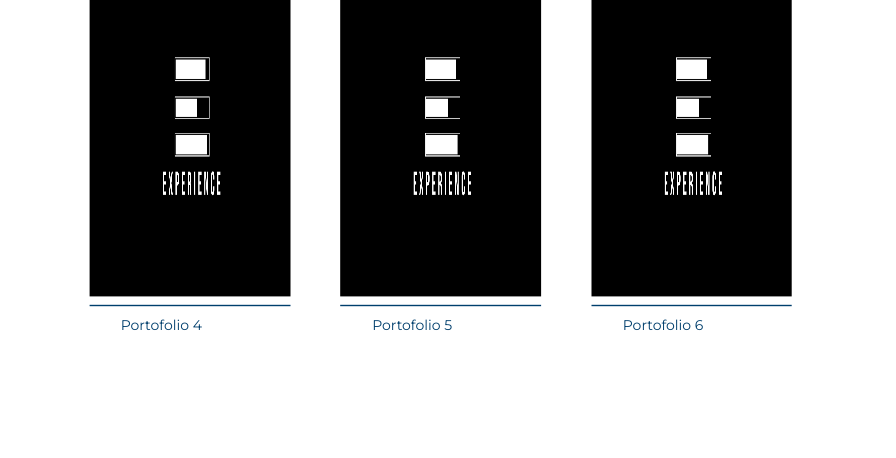
Repository: Ryuzuky07/expweb_movie
Page: HTML/movie1.html
An editor plug-in stored every save of this project. The page is shown before and after the next save, followed by the edit.
The browser window is 1280 px wide. The pictures show the part of the page from y = 1598 to 3518 px (the page is 2252 px tall before and 3518 px after), at 70% of full size.
Some web libraries are served in a nearby version.

Above is the page before, as saved 2021-11-26 11:52:55.
Console error: TypeError: Cannot read properties of undefined (reading 'style')

### HTML/movie1.html
<!DOCTYPE html>
<html lang="en">
<head>
    <meta charset="UTF-8">
    <meta http-equiv="X-UA-Compatible" content="IE=edge">
    <meta name="viewport" content="width=device-width, initial-scale=1.0">
    <link rel="stylesheet" href="/CSS/movie.css">
    <link rel="preconnect" href="https://fonts.googleapis.com">
    <link rel="preconnect" href="https://fonts.gstatic.com" crossorigin>
    <link href="https://fonts.googleapis.com/css2?family=Montserrat&display=swap" rel="stylesheet">
    <link rel="stylesheet" href="https://cdnjs.cloudflare.com/ajax/libs/font-awesome/4.7.0/css/font-awesome.min.css">
    <script src="https://kit.fontawesome.com/d6e78495c8.js" crossorigin="anonymous"></script>
    <script src="https://ajax.googleapis.com/ajax/libs/jquery/3.5.1/jquery.min.js"></script>
    <title>Document</title>

</head>
<body>
        <nav class="navbar fixed-top">

            <div class="logo">
                <img class="logo" src="/IMG/blackLogoexp.png" alt="">
            </div>
            <div class="inner-main-nav">
                <ul>
                    <li><a href="">Movies</a></li>
                    <li><a href="">Tv-Series</a></li>
                    <li><a href="">Genre</a></li>
                    <li>
                    <div class="toggle">
                        <div class="circle"></div>
                        <div class="toggle-moon"><i class="fas fa-moon"></i></div> <!--Icon bulan-->
                        <div class="toggle-sun"><i class="fas fa-sun"></i></div> <!--Icon matahari-->
                    </div>
                </li>
                <br><br>
                <h4>MASIH TAHAP ROMBAK!</h4>
                    <li>
                        <div class="search">
                            <div class="icon"></div>
                            <div class="input">
                                <input type="text" placeholder="search" id="search">
                                <span class="clear"></span>
                            </div>
                        </div>
                    </li>

                </ul>
            </div>
        </nav>

        <section id="carousel">

            <!-- carousel -->
           <div class="img-slider">
               <div class="slide">
                   <img src="https://i.ytimg.com/vi/mjCwJz5DiWQ/maxresdefault.jpg" alt="">
                   <div class="info">
                       <h2>slide 1</h2>
                       <p>Lorem ipsum dolor, sit amet consectetur adipisicing elit. Animi velit pariatur, maiores, ipsam non consequatur quam illum, eius commodi voluptatum debitis. Adipisci voluptates molestias eligendi est beatae illo laborum veritatis?</p>
                   </div>
               </div>
               <div class="slide">
                <img src="https://i.ytimg.com/vi/mjCwJz5DiWQ/maxresdefault.jpg" alt="">
                <div class="info">
                    <h2>slide 2</h2>
                    <p>Lorem ipsum dolor, sit amet consectetur adipisicing elit. Animi velit pariatur, maiores, ipsam non consequatur quam illum, eius commodi voluptatum debitis. Adipisci voluptates molestias eligendi est beatae illo laborum veritatis?</p>
                </div>
            </div>
            <div class="slide">
                <img src="https://i.ytimg.com/vi/mjCwJz5DiWQ/maxresdefault.jpg" alt="">
                <div class="info">
                    <h2>slide 3</h2>
                    <p>Lorem ipsum dolor, sit amet consectetur adipisicing elit. Animi velit pariatur, maiores, ipsam non consequatur quam illum, eius commodi voluptatum debitis. Adipisci voluptates molestias eligendi est beatae illo laborum veritatis?</p>
                </div>
            </div>
           </div>
    </section>

        <div class="container">
            <h2 class="movie">MOVIES LIST</h2>
            <div class="garis"></div>

            <section >
                <div class="porto">
                  <div class="folio"><img src="/IMG/explogo.jpg" alt=""><p>Portofolio 1</p></div>
                  <div class="folio"><img src="/IMG/explogo.jpg" alt=""><p>Portofolio 2</p></div>
                  <div class="folio"><img src="/IMG/explogo.jpg" alt=""><p>Portofolio 3</p></div>
                </div>
                <div class="porto">
                  <div class="folio"><img src="/IMG/explogo.jpg" alt=""><p>Portofolio 4</p></div>
                  <div class="folio"><img src="/IMG/explogo.jpg" alt=""><p>Portofolio 5</p></div>
                  <div class="folio"><img src="/IMG/explogo.jpg" alt=""><p>Portofolio 6</p></div>
                </div>
              </section>
        </div>




    <script src="/JS/darkmode.js"></script>
    <script src="/JS/carousel.js"></script>
    <script src="/JS/search.js"></script>
</body>
</html>

### CSS/movie.css


/* Body */

* {
    margin: 0;
    padding: 0;
    font-family: 'Montserrat', sans-serif;
}
body{
   line-height: 1.8;
   min-height: 100vh;
}

/* Navbar */
.navbar{
   background-color: white;
   padding: 1% 0 0;
   box-shadow: 0 0 5px;

}
.inner-main-nav{
   max-width: 100%;
   margin: auto;
}
.inner-main-nav ul{
   text-align: right;
   margin: 0 5%;
   padding: 1.5% 0;
}
.inner-main-nav ul li{
   float: none;
   display: inline-block;
}
.inner-main-nav ul li a {
   margin: 0 60px;
   text-decoration: none;
   color: black;
   font-size: 20px;
   font-weight: bold;
}
.inner-main-nav ul li:nth-child(1), .inner-main-nav ul li:nth-child(2){
float: left;
}
.inner-main-nav ul li:nth-child(5){
    margin-right: 100%;
}
.logo{
   width: 30%;
   height: 40%;
   position: absolute;
   left: 35%;
}


/* toggle */
html {
   transition: 0.4s;
}

.dark-mode {
   background-color: black;
   color: white;
}

.toggle {
   width: 45px;
   height: 25px;
   border-radius: 30px;
   font-size: 16px;
   display: flex;
   text-align: center;
   align-items: center;
   cursor: pointer;
   background: black;
   color: white;
}

.circle {
   width: 20px;
   height: 20px;
   transform: translateX(2px);
   border-radius: 30px;
   transition: 0.4s;
   position: absolute;
   background: white;
}

.dark-mode .circle {
   transform: translateX(23px)
}

.toggle-moon, .toggle-sun {
   width: 50%;
}
.dark-mode .circle {
    transform: translateX(23px)
}


/* search animation */
.search {
   position: relative;
   width: 30px;
   height: 30px;
   margin-left: 50px;
   margin-right: 50px;
   background: white;
   border-radius: 60px;
   transition: 0.5s;
   box-shadow: 0 0 0 5px black;
   overflow: hidden;
}
.search.active{
   width: 360px;

}
.search .input{
   position: relative;
   width: 300px;
   height: 60px;
   left: 50px;
   display: flex;
   justify-content: center;
   align-items: center;
}
.search .input input{
   position: absolute;
   top: 0;
   width: 100%;
   height: 6%;
   border: none;
   outline: none;
   font-size: 18px;
   padding: 15px 0;
}
.search .icon {
   position: absolute;
   width: 30px;
   height: 30px;
   background: white;
   border-radius: 60px;
   display: flex;
   justify-content: center;
   align-items: center;
   z-index: 1000;
}
.search .icon::before {
   content: '';
   position: absolute;
   width: 12px;
   height: 12px;
   border: 2px solid black;
   border-radius: 50%;
   transform: translate(-2px, -2px);

}
.search .icon::after {
   content: '';
   position: absolute;
   height: 6px;
   border: 2px solid black;
   transform: translate(6px, 6px) rotate(315deg);
}
.clear{
position: absolute;
top: 26%;
transform: translateY(-50%);
width: 15px;
height: 15px;
right: 1px;
cursor: pointer;
display: flex;
justify-content: center;
align-items: center;
}
.clear::before{
   position: absolute;
   content: "";
   width: 1px;
   height: 10px;
   background: grey;
   transform: rotate(45deg);
}
.clear::after{
   position: absolute;
   content: "";
   width: 1px;
   height: 10px;
   background: grey;
   transform: rotate(315deg);
}



/* carousel */
#carousel{
   justify-content: center;
   align-items: center;
   display: flex;
}
.img-slider{
   position: relative;
   width: 100%;
   height: 500px;

}
.img-slider .slide{
   z-index: 1;
   position: absolute;
   width: 100%;
}
.img-slider .slide img{
   z-index: 1;
   width: 100%;
   height: 80vh;
   border-radius: 5px;
}
.img-slider .slide .info {
   position: absolute;
   bottom: 0;
   padding: 15px 30px;
}
.img-slider .slide .info h2{
   color: white;
   font-size: 45px;
   text-transform: uppercase;
   font-weight: 800;
   letter-spacing: 2px;
}
.img-slider .slide .info p{
   color: white;
   background-color: rgba(0, 0, 0, 0.1);
   font-size: 16px;
   width: 60%;
   padding: 10px;
   border-radius: 4px;
}









/* MOVIE */
.garis{
   border-bottom: 2px solid;
   width: 80px;
}
.container ,.movie  .garis{
    margin: 10%;
}
.porto{
    max-height: 100%;
    display: flex;
    margin-top: 3%;

}
.folio:hover{
    box-shadow:  5px 10px 8px 10px #888888;
}
.porto .folio{
    min-width: 20%;
    height: 500px;
    text-align: center;
    background-color: transparent;
    margin-right: 15%;
    margin-bottom: 10%;
    transition: 0.5s;
    justify-items: center;
}
.porto .folio > img{
    width: 140%;
    height: 500px;
    padding-bottom: 12px;
    border-bottom: 2px solid #003F6D;
}
.porto .folio p {
    text-align: left ;
    color: #003F6D;
    font-family: 'Montserrat', sans-serif;
    font-size: 20px;
    margin-bottom: 50%;
}

### JS/darkmode.js
var html = $("html")

$(function darkmode() {
    $(".toggle").click(function() {
        if (html.hasClass("dark-mode")) {
            html.removeClass("dark-mode");
            localStorage.setItem("dark-mode", false);
        }

        else {
            html.addClass("dark-mode");
            localSotrage.setItem("dark-mode", true);
        }
    })
})



if (localStorage.getItem("dark-mode") == "true") {
	$(" html").addClass("dark-mode");
}

var slideIndex = 1;
showSlides(slideIndex);

function plusSlides(n) {
  showSlides(slideIndex += n);
}

function currentSlide(n) {
  showSlides(slideIndex = n);
}

function showSlides(n) {
  var i;
  var slides = document.getElementsByClassName("slidepicture");
  var dots = document.getElementsByClassName("dot");
  if (n > slides.length) {slideIndex = 1}
  if (n < 1) {slideIndex = slides.length}
  for (i = 0; i < slides.length; i++) {
      slides[i].style.display = "none";
  }
  for (i = 0; i < dots.length; i++) {
      dots[i].className = dots[i].className.replace(" active", "");

  }
  slides[slideIndex-1].style.display = "block";
  dots[slideIndex-1].className += " active";

}

### JS/carousel.js
var couter = 1;
setInterval(function() {
  document.getElementById('radio' + couter).checked = true;
  couter++;
  if(couter > 3) {
    couter = 1;
  }
}, 5000);;

### JS/search.js
var icon = document.querySelector('.icon');
var search = document.querySelector('.search');

icon.onclick = function () {
    search.classList.toggle('active')
}

After the next save:
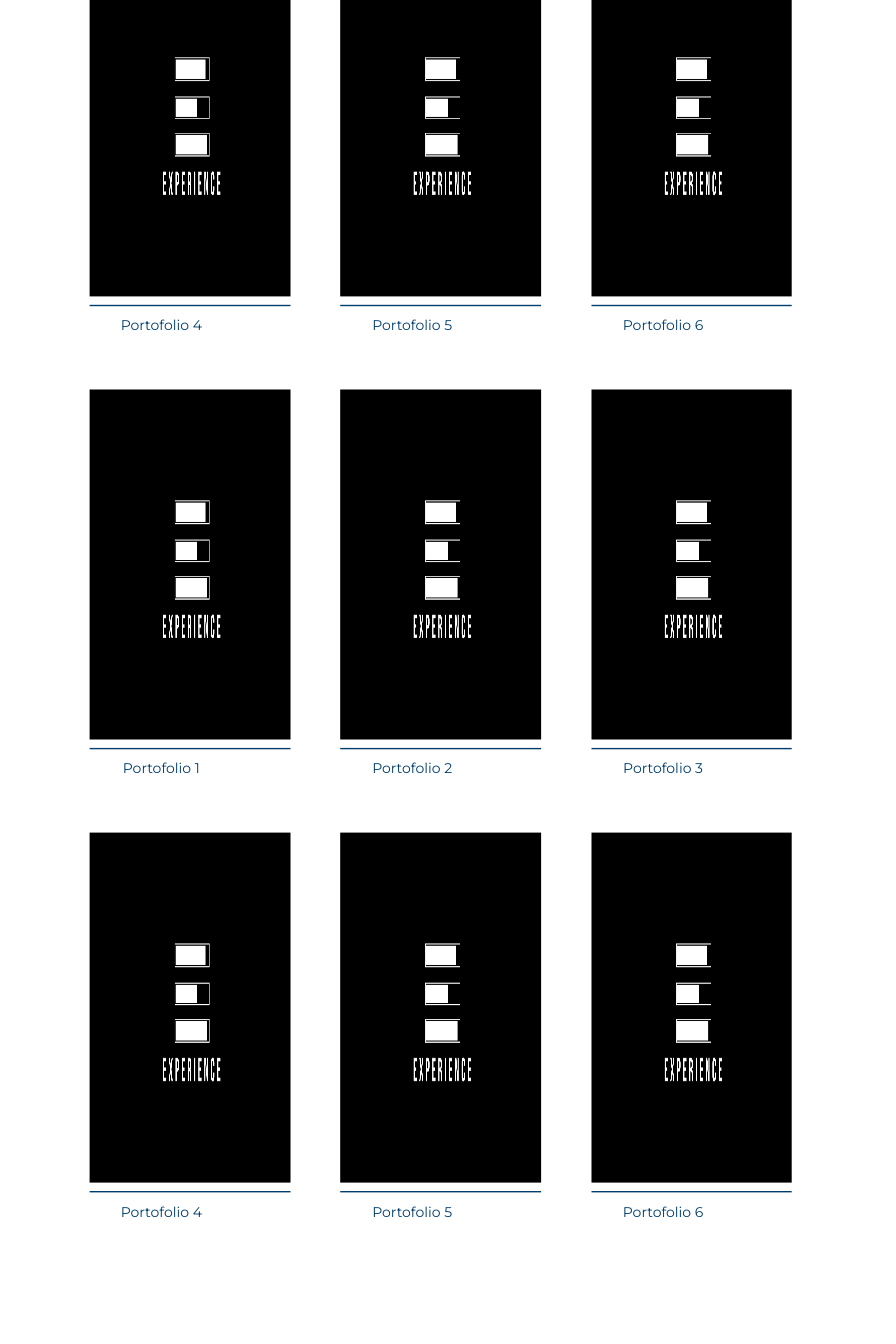
Saved 4 min 31 s later.
--- a/HTML/movie1.html
+++ b/HTML/movie1.html
@@ -91,6 +91,16 @@
                   <div class="folio"><img src="/IMG/explogo.jpg" alt=""><p>Portofolio 5</p></div>
                   <div class="folio"><img src="/IMG/explogo.jpg" alt=""><p>Portofolio 6</p></div>
                 </div>
+                <div class="porto">
+                    <div class="folio"><img src="/IMG/explogo.jpg" alt=""><p>Portofolio 1</p></div>
+                    <div class="folio"><img src="/IMG/explogo.jpg" alt=""><p>Portofolio 2</p></div>
+                    <div class="folio"><img src="/IMG/explogo.jpg" alt=""><p>Portofolio 3</p></div>
+                  </div>
+                  <div class="porto">
+                    <div class="folio"><img src="/IMG/explogo.jpg" alt=""><p>Portofolio 4</p></div>
+                    <div class="folio"><img src="/IMG/explogo.jpg" alt=""><p>Portofolio 5</p></div>
+                    <div class="folio"><img src="/IMG/explogo.jpg" alt=""><p>Portofolio 6</p></div>
+                  </div>
               </section>
         </div>
 
